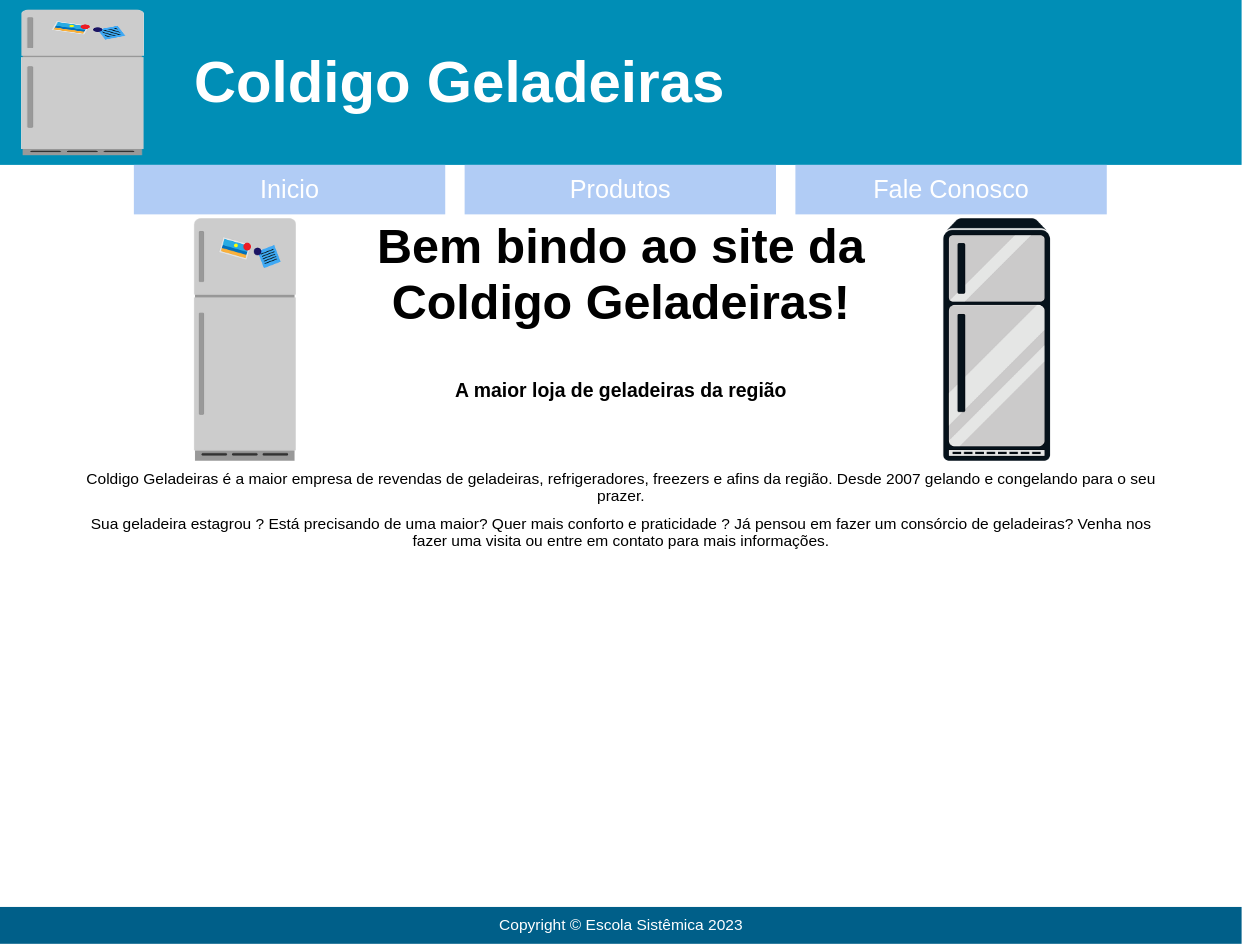
Repository: Fernandowarmling/Senai_Coldigo_Geladeiras
Page: Senai_ProjetoTilhaWeb/ProjetoTrilhaWeb/src/main/webapp/index.html
An editor plug-in stored every save of this project. The page is shown before and after the next save, followed by the edit.
The browser window is 1280 px wide. The pictures show the whole page, at 97% of full size.

Above is the page before, as saved 2023-05-30 22:25:13.

After the next save:
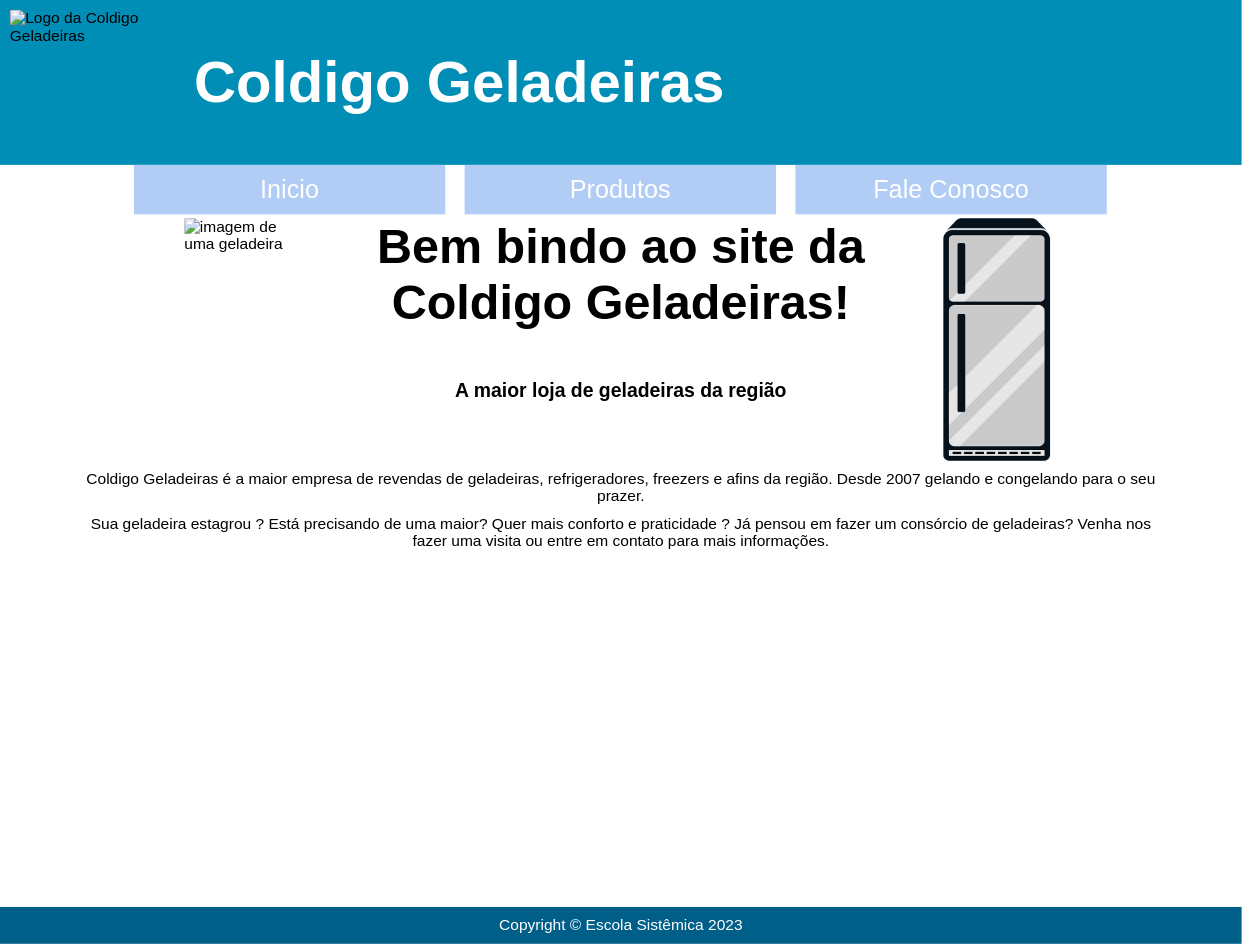
Not found: Senai_ProjetoTilhaWeb/ProjetoTrilhaWeb/src/main/webapp/ProjetoTrilhaWeb/src/main/webapp/imgs/geladeira1.png
Not found: Senai_ProjetoTilhaWeb/ProjetoTrilhaWeb/src/main/webapp/WebContent/imgs/geladeira1.png
Saved 19 s later.
--- a/Senai_ProjetoTilhaWeb/ProjetoTrilhaWeb/src/main/webapp/index.html
+++ b/Senai_ProjetoTilhaWeb/ProjetoTrilhaWeb/src/main/webapp/index.html
@@ -20,7 +20,7 @@
     </nav>
     <section>
         <div id="topo">
-            <img src="../WebContent/imgs/geladeira1.png" alt="imagem de uma geladeira" class="geladeira esquerda">
+            <img src="../../WebContent/imgs/geladeira1.png" alt="imagem de uma geladeira" class="geladeira esquerda">
             <div id="titulos">
                 <h2 class="indexsectionh2">Bem bindo ao site da <br>Coldigo Geladeiras!</h2>
                 <h3 class="indexsectionh3">A maior loja de geladeiras da região</h3>

After the 2 saves that followed:
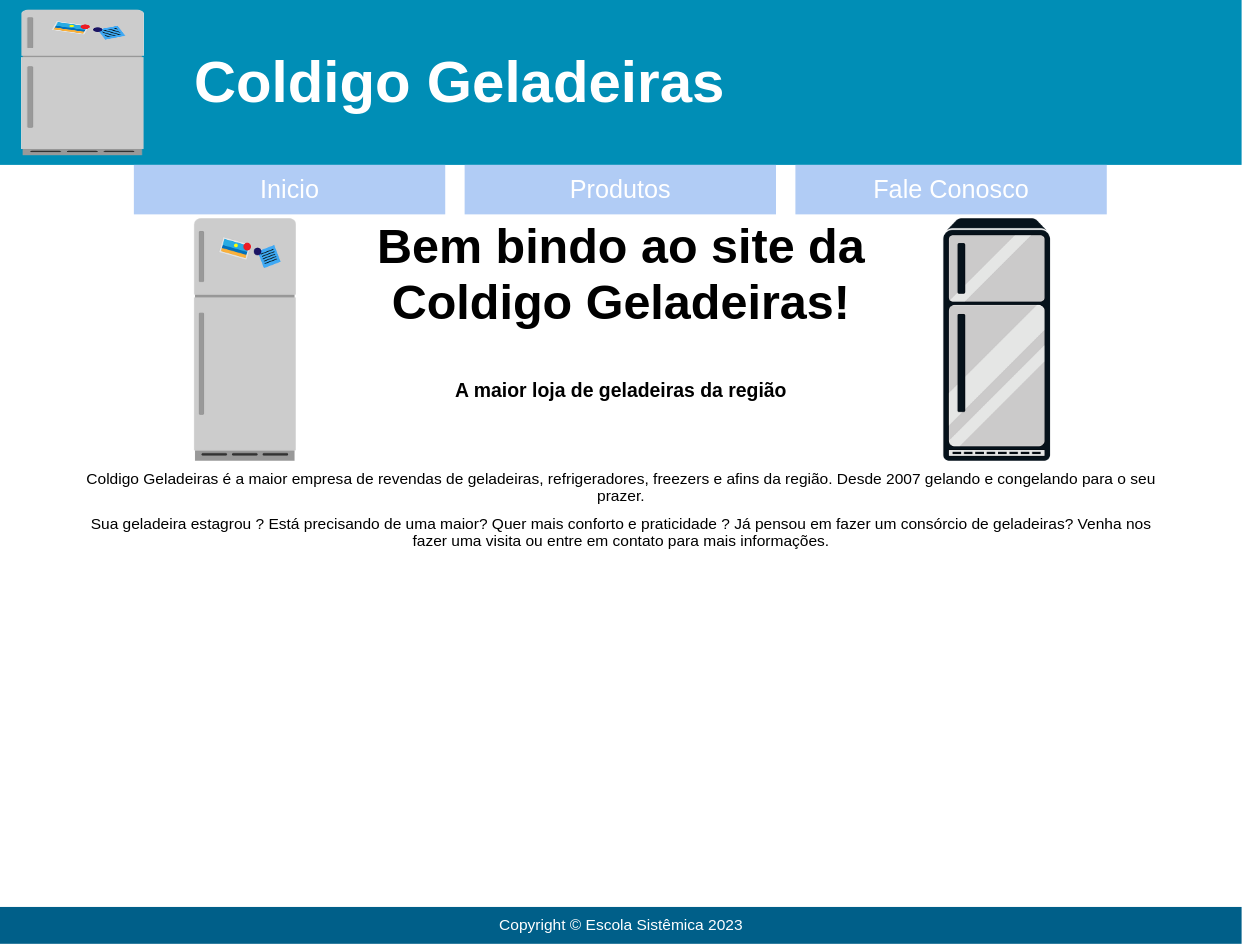
The 2 saves are shown as one change because 1 left the picture as it was.
The last was saved 2 min 22 s later.
--- a/Senai_ProjetoTilhaWeb/ProjetoTrilhaWeb/src/main/webapp/index.html
+++ b/Senai_ProjetoTilhaWeb/ProjetoTrilhaWeb/src/main/webapp/index.html
@@ -20,7 +20,7 @@
     </nav>
     <section>
         <div id="topo">
-            <img src="../../WebContent/imgs/geladeira1.png" alt="imagem de uma geladeira" class="geladeira esquerda">
+            <img src="../../webapp/imgs/geladeira1.png" alt="imagem de uma geladeira" class="geladeira esquerda">
             <div id="titulos">
                 <h2 class="indexsectionh2">Bem bindo ao site da <br>Coldigo Geladeiras!</h2>
                 <h3 class="indexsectionh3">A maior loja de geladeiras da região</h3>
